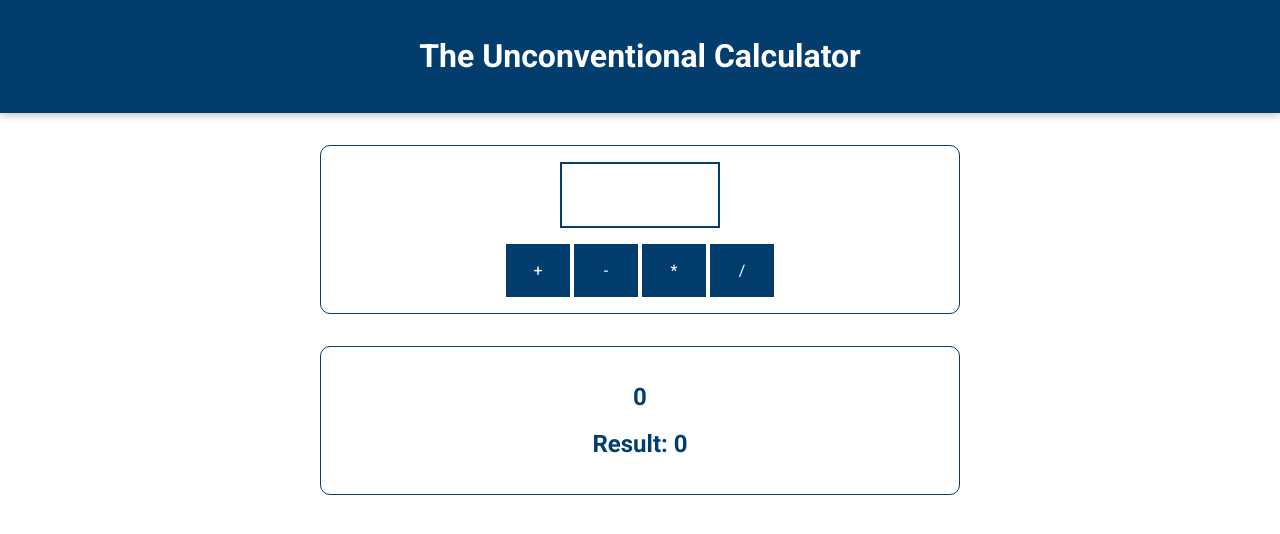
Repository: rafal-bedkowski/JSFundamentalCourse
Page: index.html
The author's editor kept a copy of each file at every save. The page is drawn from the files as they stood at one save, then again after the next save.
The browser window is 1280 px wide. The pictures show the whole page.

Above is the page before, as saved 2022-09-06 10:58:22.

### index.html
<!DOCTYPE html>
<html lang="en">
  <head>
    <meta charset="UTF-8" />
    <meta name="viewport" content="width=device-width, initial-scale=1.0" />
    <meta http-equiv="X-UA-Compatible" content="ie=edge" />
    <title>Basics</title>
    <link
      href="https://fonts.googleapis.com/css?family=Roboto:400,700&display=swap"
      rel="stylesheet"
    />
    <link rel="stylesheet" href="./assets/styles/app.css" />
  </head>
  <body>
    <header>
      <h1>The Unconventional Calculator</h1>
    </header>

    <section id="calculator">
      <input type="number" id="input-number" />
      <div id="calc-actions">
        <button type="button" id="btn-add">+</button>
        <button type="button" id="btn-subtract">-</button>
        <button type="button" id="btn-multiply">*</button>
        <button type="button" id="btn-divide">/</button>
      </div>
    </section>
    <section id="results">
      <h2 id="current-calculation">0</h2>
      <h2>Result: <span id="current-result">0</span></h2>
    </section>
    <script src="./assets/scripts/vendor.js"></script>
    <script src="./assets/scripts/app.js"></script>
  </body>
</html>

### assets/styles/app.css
* {
  box-sizing: border-box;
}

html {
  font-family: 'Roboto', open-sans;
}

body {
  margin: 0;
}

header {
  background: #023d6d;
  color: white;
  padding: 1rem;
  text-align: center;
  box-shadow: 0 2px 8px rgba(0, 0, 0, 0.26);
  width: 100%;
}

#results,
#calculator {
  margin: 2rem auto;
  width: 40rem;
  max-width: 90%;
  border: 1px solid #023d6d;
  border-radius: 10px;
  padding: 1rem;
  color: #023d6d;
}

#results {
  text-align: center;
}

#calculator input {
  font: inherit;
  font-size: 3rem;
  border: 2px solid #023d6d;
  width: 10rem;
  padding: 0.15rem;
  margin: auto;
  display: block;
  color: #023d6d;
  text-align: center;
}

#calculator input:focus {
  outline: none;
}

#calculator button {
  font: inherit;
  background: #023d6d;
  color: white;
  border: 1px solid #023d6d;
  padding: 1rem;
  cursor: pointer;
}

#calculator button:focus {
  outline: none;
}

#calculator button:hover,
#calculator button:active {
  background: #084f88;
  border-color: #084f88;
}

#calc-actions button {
  width: 4rem;
}

#calc-actions {
  margin-top: 1rem;
  text-align: center;
}

### assets/scripts/app.js
let currentResult = 0;

currentResult = currentResult + 10;

Loaded but not shown: assets/scripts/vendor.js (common file)

After the next save:
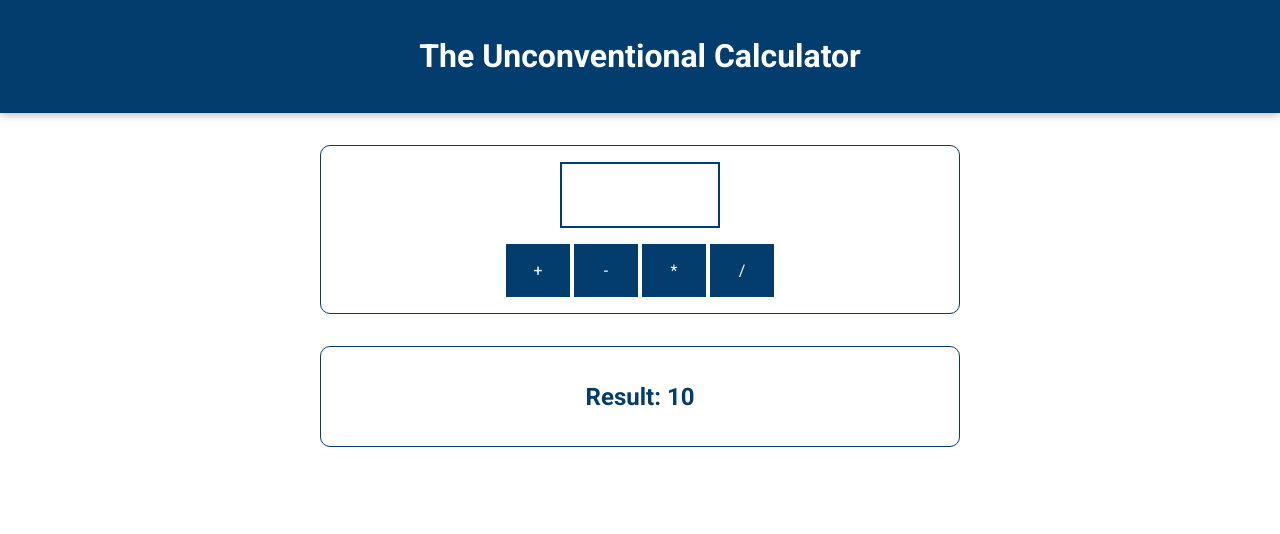
Saved 13 min 48 s later.
--- a/assets/scripts/app.js
+++ b/assets/scripts/app.js
@@ -1,3 +1,5 @@
 let currentResult = 0;
 
 currentResult = currentResult + 10;
+
+outputResult(currentResult);
